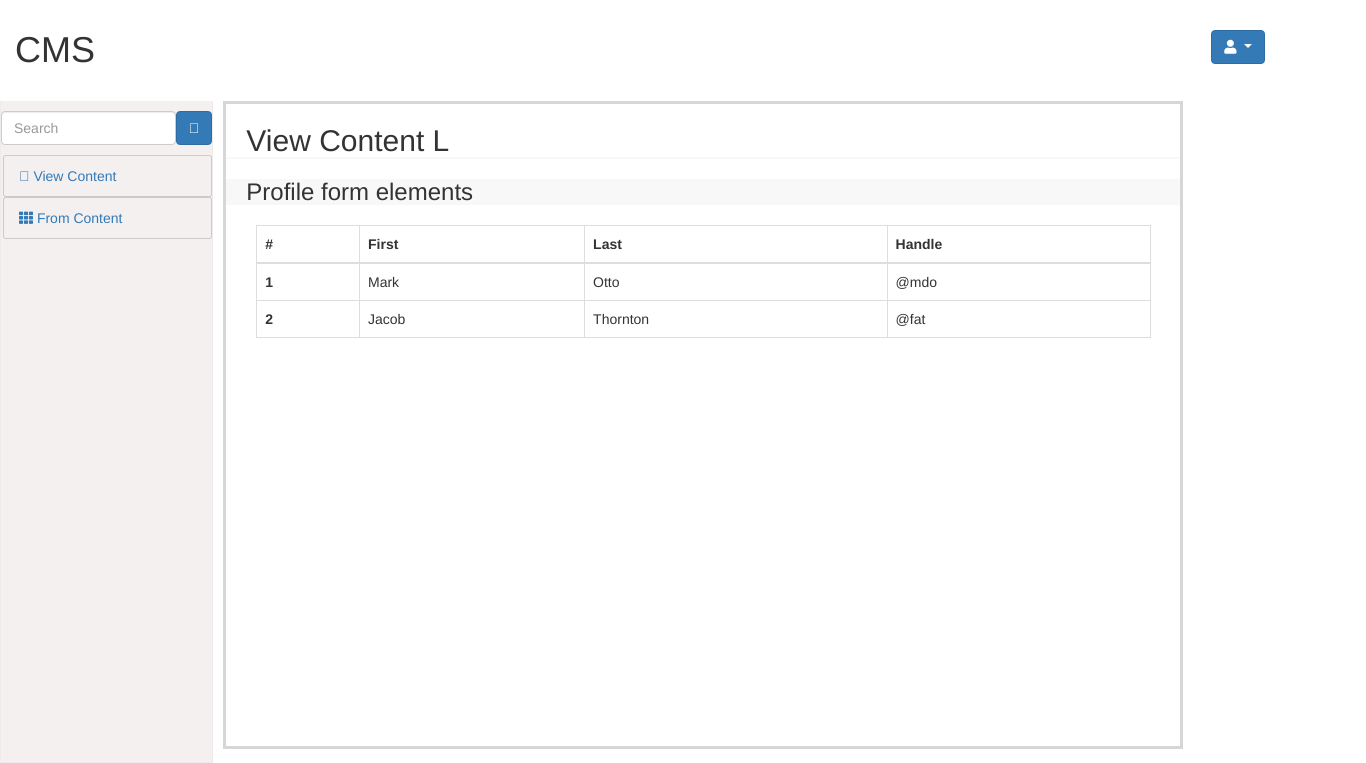
Repository: NgocNB20/travel
Page: NgocNb20_assigment8_9/view.html
The author's editor kept a copy of each file at every save. The page is drawn from the files as they stood at one save, then again after the next save.
The browser window is 1280 px wide. The page is 1366 px wide, so the pictures cover 1366 px, including what lies to the right of the window. The pictures show the whole page.
Some web libraries are served in a nearby version.

Above is the page before, as saved 2021-10-06 01:15:06.

After the next save:
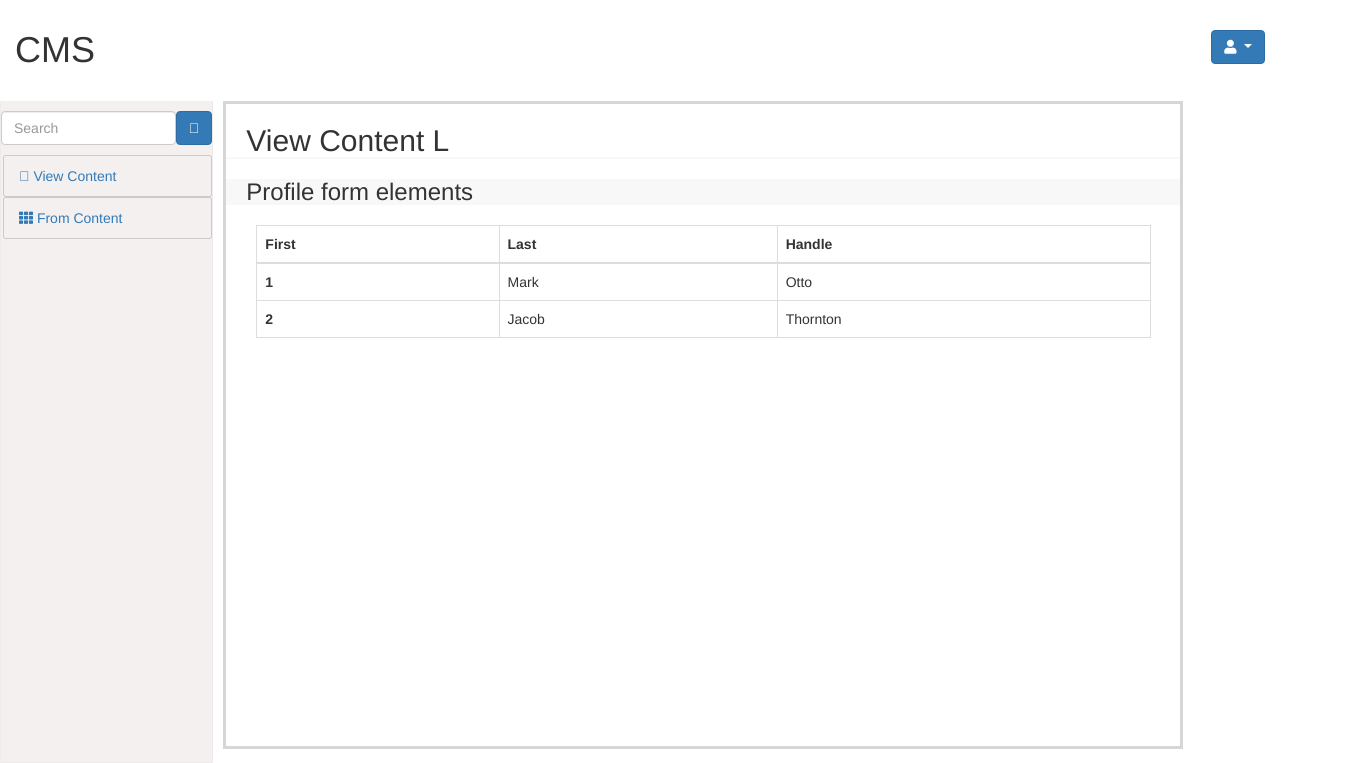
Saved 64 s later.
--- a/NgocNb20_assigment8_9/view.html
+++ b/NgocNb20_assigment8_9/view.html
@@ -75,7 +75,6 @@
                                 <table class="table table-bordered">
                                     <thead>
                                       <tr>
-                                        <th scope="col">#</th>
                                         <th scope="col">First</th>
                                         <th scope="col">Last</th>
                                         <th scope="col">Handle</th>
@@ -86,13 +85,11 @@
                                         <th scope="row">1</th>
                                         <td>Mark</td>
                                         <td>Otto</td>
-                                        <td>@mdo</td>
                                       </tr>
                                       <tr>
                                         <th scope="row">2</th>
                                         <td>Jacob</td>
                                         <td>Thornton</td>
-                                        <td>@fat</td>
                                       </tr>
                                     </tbody>
                                   </table>

After the save that followed:
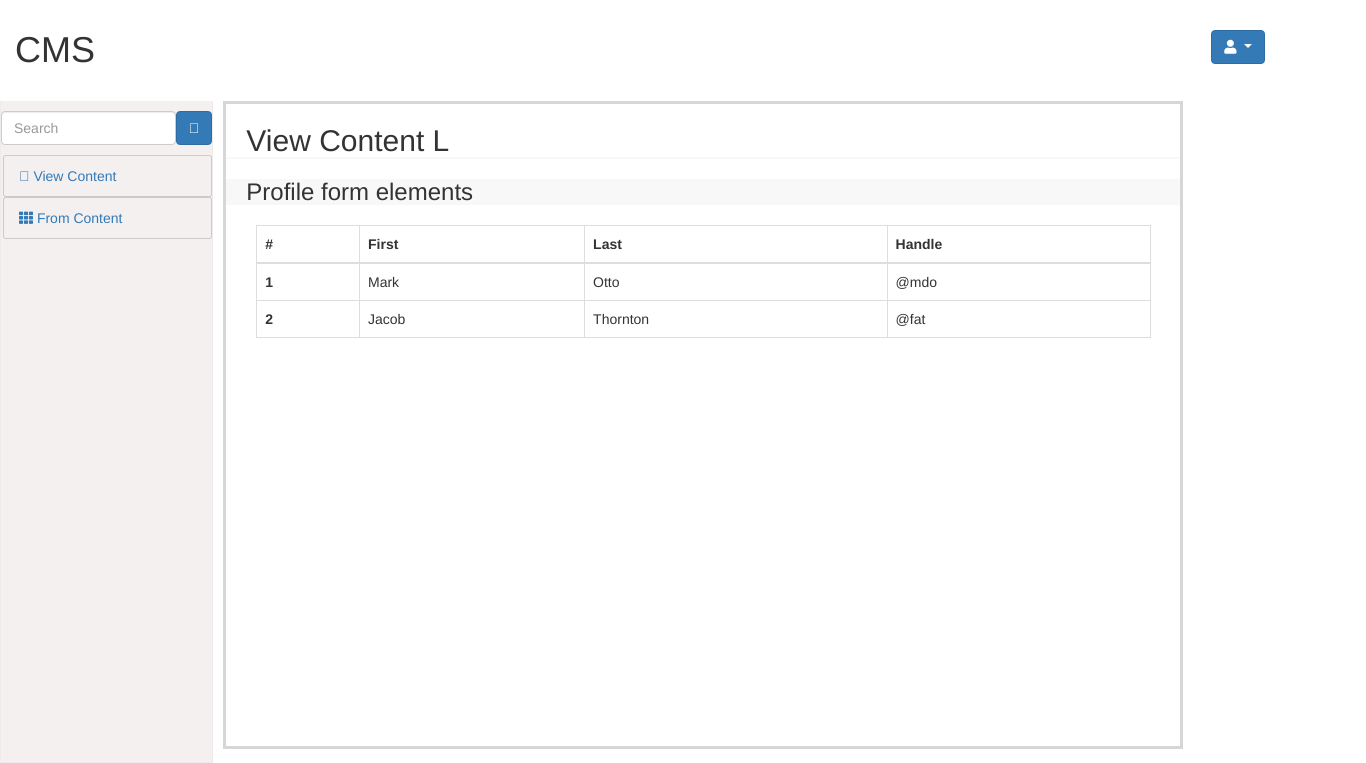
Saved 24 s later.
--- a/NgocNb20_assigment8_9/view.html
+++ b/NgocNb20_assigment8_9/view.html
@@ -75,6 +75,7 @@
                                 <table class="table table-bordered">
                                     <thead>
                                       <tr>
+                                        <th scope="col">#</th>
                                         <th scope="col">First</th>
                                         <th scope="col">Last</th>
                                         <th scope="col">Handle</th>
@@ -85,12 +86,15 @@
                                         <th scope="row">1</th>
                                         <td>Mark</td>
                                         <td>Otto</td>
+                                        <td>@mdo</td>
                                       </tr>
                                       <tr>
                                         <th scope="row">2</th>
                                         <td>Jacob</td>
                                         <td>Thornton</td>
+                                        <td>@fat</td>
                                       </tr>
+
                                     </tbody>
                                   </table>
                             </div>
